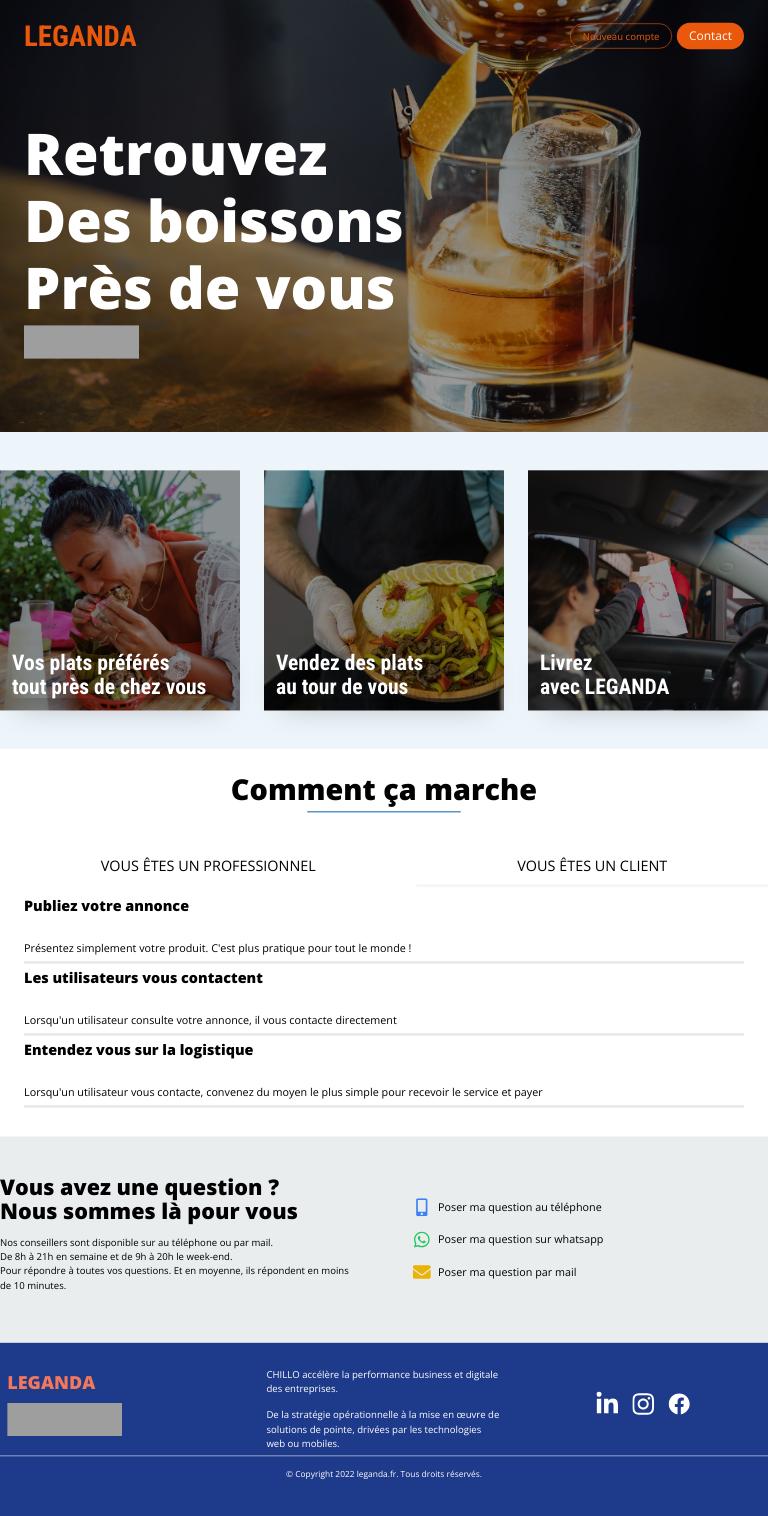
Repository: chillo-tech/website-leganda
Page: /
The author's editor kept a copy of each file at every save. The page is drawn from the files as they stood at one save, then again after the next save.
The browser window is 1280 px wide. The pictures show the whole page, at 60% of full size.
Pictures or frames that could not be fetched are drawn as grey boxes. The project was rebuilt for these pictures with package versions that can differ from the ones it lists, and the page was loaded fresh each time. Some packages were replaced by stand-ins written for this rebuild. The framework's server and built-in components were replaced by stand-ins that run in the browser. Also part of the build but not shown: next.config.js, components/header/items/SearchBar.tsx.

Above is the page before, as saved 2023-02-09 15:09:32.

### pages/_document.tsx
import { Html, Head, Main, NextScript } from 'next/document'
import Footer from '../components/footer/Footer';

export default function Document() {
	return (
		<Html className="scroll-smooth">
			<Head>
        <link rel="preconnect" href="https://fonts.googleapis.com"/>
        <link rel="preconnect" href="https://fonts.gstatic.com"/>
        <link href="https://fonts.googleapis.com/css2?family=Open+Sans:ital,wght@0,300;0,800;1,800&family=Roboto&family=Roboto+Condensed:wght@700&display=swap" rel="stylesheet"/>
        <link rel="icon" href="/favicon.ico" />
			</Head>
			<body className='flex flex-col h-screen justify-between'>
				<Main />
				<NextScript />
				<Footer />
        <script defer type="text/javascript" src="https://maps.googleapis.com/maps/api/js?key=AIzaSyBoBBvzxlRlkbfYzZcHp8ALOwBk3YjfB-I&libraries=places" />
			</body>
		</Html>
	)
}

### styles/globals.css
@tailwind base;
@tailwind components;
@tailwind utilities;
body {
  font-family: 'Open Sans', 'Roboto', sans-serif;
}
.title {
  font-family: 'Roboto Condensed', sans-serif;
}
@layer base {
  [type="text"],
  [type="email"],
  [type="url"],
  [type="password"],
  [type="number"],
  [type="date"],
  [type="datetime-local"],
  [type="month"],
  [type="search"],
  [type="tel"],
  [type="time"],
  [type="week"],
  [multiple],
  textarea,
  select {
    @apply w-full border-gray-300 rounded-lg shadow-sm focus:border-blue-500 focus:ring-blue-500;
  }
  [type="checkbox"],
  [type="radio"] {
    @apply border-gray-300 rounded text-blue-600 focus:ring-blue-500;
  }
}

.bg-site-blue {
    background-color: #86aec0;
    color: #000000;
}

.bg-site-orange {
    background-color: #f6ac9f;
}

.color-site-blue {
   color: #86aec0;
}

.color-site-orange {
    color: #f2785c;
}

.home-page-article {
  min-height: 400px;
}

### context/search-context-provider.tsx
import { SearchParams } from '../types';
import { Context,createContext, useMemo, useReducer, useCallback } from 'react'
import SearchReducer from './SearchReducer';
import { Param } from '../types/Param';
import { INITIAL_STATE, UPDATE_SEARCH_CRITERIA } from '../utils';
import { SearchContextData } from '../types/SerchContextData';
type Props = {
  children: JSX.Element,
};
export const SearchContext = createContext<SearchContextData>({state: INITIAL_STATE});
function SearchContextProvider({children}: Props) {
  const [state, dispatch] = useReducer(SearchReducer, INITIAL_STATE);

  const update = useCallback(
    (data: Param) =>
      dispatch({
        type: UPDATE_SEARCH_CRITERIA,
        data
      }),
    [],
  );
  const value = useMemo(
    () => ({state, update }),
    [state,update],
  );
  return (
    <SearchContext.Provider value={value}>
      {children}
    </SearchContext.Provider>
  )
}

export default SearchContextProvider;

### components/footer/Footer.tsx

import React from 'react';
import { FaFacebook, FaInstagram, FaLinkedinIn } from 'react-icons/fa';
import Link from 'next/link'
import { cn, STORES } from '../../utils';
import Image from 'next/image';
function Footer() {
	return (
			<footer className="bg bg-blue-900 text-white pb-10 pt-10 font-extralight flex flex-col" id="a-propos-de-nous">
				<div className="container mx-auto px-3">
					<div className="grid grid-cols-1 gap-10 md:grid-cols-3 md:p-0 items-center">
						<div className="presentation">
              <Link href='/' className='mb-5 color-site-orange uppercase font-extrabold text-3xl'>LEGANDA
              </Link>
              <p className="flex py-4 items-center justify-center md:justify-start">
                {STORES.filter((item: any) => item.active).map((item: any, index: number) => (
                    <Link
                        href="#"
                        target="_blank"
                        key={`liens-${index}`}
                        className="block items-center py-2 w-48 h-14 relative">
                      <Image
                          fill={true}
                          src={`/images/${item.image}`}
                          alt={item?.label}
                      />
                    </Link>
                ))}
              </p>
						</div>
						<div className="presentation">
							<p className='mb-5'>CHILLO accélère la performance business et digitale des entreprises. </p>
							<p>De la stratégie opérationnelle
								à la mise en œuvre de solutions de pointe, drivées par les technologies web ou mobiles.</p>
						</div>
						<div className="presentation flex flex-col items-center justify-center">
							<div className='px-10 flex items-center justify-between text-center'>
								<FaLinkedinIn color='text-slate-300' className='px-3 text-6xl'/>
								<FaInstagram className='px-3 text-6xl'/>
								<FaFacebook className='px-3 text-6xl'/>
							</div>
							<div className='py-2'>

							</div>
						</div>
					</div>
				</div>
				<div className="copyright border-top-1 mt-2 font-light">
					<div className="container py-5 text-sm mx-auto text-center border-solid border-t border-slate-200">
						&copy; Copyright {(new Date()).getFullYear()} leganda.fr. Tous droits réservés.
					</div>
				</div>
			</footer>

	);
}

export default Footer;

### components/questions/Questions.tsx
import Link from 'next/link'
import React from 'react'
import { FaEnvelope, FaMobileAlt, FaWhatsapp } from 'react-icons/fa'

function Questions() {
  return (
    <section className='py-16 bg-app-light-green'>
        <div className="container grid md:grid-cols-2 md:gap-24 items-center px-3 md:px-0">
          <article>
            <h2 className='md:text-4xl text-3xl font-semibold text-black'>
              <p className='p-0 m-0'>Vous avez une question ?</p>
              <p className='p-0 m-0'>Nous sommes là pour vous</p>
            </h2>
            <div className='py-5'>
              <p className='p-0 m-0'>Nos conseillers sont disponible sur au téléphone ou par mail.</p>
              <p className='p-0 m-0'>De 8h à 21h en semaine et de 9h à 20h le week-end.</p>
              <p className='p-0 m-0'>Pour répondre à toutes vos questions. Et en moyenne, ils répondent en moins de 10 minutes.</p>
            </div>
          </article>
          <article>
              <Link href="tel:0033761705745" className='py-3 text-lg flex'>
                  <FaMobileAlt className='text-3xl text-blue-500 mr-3' /> Poser ma question au téléphone
              </Link>
              <Link href="whatsapp:0033761705745" className='py-3 text-lg flex'>
                  <FaWhatsapp className='text-3xl text-green-500 mr-3' /> Poser ma question sur whatsapp
              </Link>
              <Link href="mailto:armelle.leganda@gmail.com" className='py-3 text-lg flex'>
                  <FaEnvelope className='text-3xl text-yellow-500 mr-3' /> Poser ma question par mail
              </Link>
          </article>
        </div>
    </section>
  )
}

export default Questions

### components/header/Header.tsx
import { faPhone, faUser } from '@fortawesome/free-solid-svg-icons'
import { FontAwesomeIcon } from '@fortawesome/react-fontawesome'
import Link from 'next/link'
import React from 'react'
import SearchBar from './items/SearchBar'

function Header({withSearchBar = true}: {withSearchBar?: boolean}) {
  return (
    <header className="container py-4">
       <nav className='flex justify-between items-center'>
        <Link href="/" className='text-orange-600 uppercase title text-5xl'>LEGANDA
        </Link>
        {withSearchBar ? <SearchBar /> : null }
        <ul className='md:flex justify-between items-center hidden'>
          <li>
            <Link href="/" className='border border-orange-600 rounded-3xl px-5 py-2 text-orange-600 flex justify-between items-center'>
                <FontAwesomeIcon icon={faUser} className="hidden border-none text-xs mr-2" size='xs' />
                Nouveau compte
            </Link>
          </li>
          <li  className='ml-2'>
          <Link href="/" className='bg-orange-600 rounded-3xl text-xl px-5 font-medium py-2 flex text-white'>
              <FontAwesomeIcon icon={faPhone} className="hidden border-none mr-2"/>
              Contact
          </Link>
          </li>
        </ul>
      </nav>
    </header>
  )
}

export default Header

### utils/index.ts
export * from './clear-string';
export * from './DateFormat';
export * from './isValidPhoneNumber';
export * from './isValidEmail';
export * from './Endpoints';
export * from './Data';
export * from './request-options';

### components/tabs/index.tsx
import classNames from 'classnames';
import React, { useState } from 'react'
import RenderHtmlContent from '../shared/RenderHtmlContent';
import SectionTitle from '../shared/SectionTitle';

function Tabs({items}: any) {
  const [activeTab, setActiveTab] = useState("tab-0");
  const handleClick = ({target: {id}}: any) => {
    setActiveTab(id);
  }
  return (
    <section className='container px-3 md:px-0 py-10'>
      <SectionTitle text='Comment ça marche' />
      <ul className='flex justtify-center items-center'>
        {items.map((item: any, index: number) => (
          <li key={`tab-${index}`} className={
              classNames(
                'grow border-b-4 py-2',
                { 'bg-white border-white': activeTab === `tab-${index}` },
                { 'bg-white border-gray-100 bg-gray-100': activeTab !== `tab-${index}` }
                )
              }>
            <button id={`tab-${index}`} type='button' className='uppercase w-full py-2 text-lg md:text-2xl' onClick={handleClick}>{item.label}</button>
          </li>
        ))}
      </ul>
      {items.map((item: any, index: number) => (
          <section key={`tab-${index}`} className={
              classNames(
                'py-2 px-10',
                { 'bg-white border-white block': activeTab === `tab-${index}` },
                { 'hidden': activeTab !== `tab-${index}` }
                )
              }>
             {item.infos.map((info: any, index: number) => (
              <article key={`info-${index}`} className={classNames('grow border-b-4 py-2')}>
                <h3 className='pb-10 font-bold text-2xl'>{info.title}</h3>
                <RenderHtmlContent content={info.description} classes="text-lg"/>
              </article>
            ))}
          </section>
        ))}
    </section>
  )
}

export default Tabs

### utils/how-it-works.ts
const HOW_IT_WORKS: any = [
  {
    "label": "Vous êtes un professionnel",
    "infos": [
      {
        "title": "Publiez votre annonce",
        "description": "Présentez simplement votre produit. C'est plus pratique pour tout le monde !"
      },
      {
        "title": "Les utilisateurs vous contactent",
        "description": "Lorsqu'un utilisateur consulte votre annonce, il vous contacte directement"
      },
      {
        "title": "Entendez vous sur la logistique",
        "description": "Lorsqu'un utilisateur vous contacte, convenez du moyen le plus simple pour recevoir le service et payer"
      }
    ]
  },
  {
    "label": "Vous êtes un client",
    "infos": [
      {
        "title": "Recherchez un produit",
        "description": "Pour trouver un produit, il vous suffit de le rechercher dans les annonces publiées!"
      },
      {
        "title": "Contactez directement le professionnel",
        "description": "Quand vous avez trouvé le produit qui vous convient, contactez directement le professionnel"
      },
      {
        "title": "Entendez vous sur la logistique",
        "description": "Lorsque vous contactez un professionnel, convenez du moyen le plus simple pour recevoir le service et payer"
      }
    ]
  }
]

export {HOW_IT_WORKS}

### context/SearchReducer.ts
import { UPDATE_SEARCH_CRITERIA } from './../utils/Data';
import { Action } from './../types/Action';
import { SearchParams } from "../types";

function SearchReducer (state: SearchParams, action: Action){
  switch(action.type){
    case UPDATE_SEARCH_CRITERIA: {
        return {
          ...state,
          [action.data.key]: action.data.value
        }
    }
  }
  return state;
}

export default SearchReducer;

### utils/clear-string.ts
export const cleanString = (entry: string) => {
	return entry ? entry.replace(/^[\s\uFEFF\xA0]+|[\s\uFEFF\xA0]+$/g, '') : '';
}

### utils/DateFormat.ts
export const getFormattedDate = (entry: Date) => {
	const year = entry.getFullYear();
	const month = `0${entry.getMonth() + 1}`.slice(-2);
	const day = `0${entry.getDate()}`.slice(-2);
	return `${day}/${month}/${year}`;
};

export const getFormattedTime = (entry: Date) => {
	const hours = `0${entry.getHours()}`.slice(-2);
	const minutes = `0${entry.getMinutes()}`.slice(-2);
	return `${hours}:${minutes}`;
};

const getWeekNumber = (entry: Date) => {
	// Copy date so don't modify original
	const date = new Date(Date.UTC(entry.getFullYear(), entry.getMonth(), entry.getDate()));
	// Set to nearest Thursday: current date + 4 - current day number
	// Make Sunday's day number 7
	date.setUTCDate(date.getUTCDate() + 4 - (date.getUTCDay() || 7));
	// Get first day of year
	const yearStart = new Date(Date.UTC(date.getUTCFullYear(), 0, 1));
	// Calculate full weeks to nearest Thursday
	return Math.ceil((((Number(date) - Number(yearStart)) / 86400000) + 1) / 7);
	// Return array of year and week number

}

export const getDayAndMonthLabel = (entry: Date) => {
	const days = ['Dimanche', 'Lundi', 'Mardi', 'Mercredi', 'Jeudi', 'Vendredi', 'Samedi'];
	const months = ["Jan.", "Fev.", "Mars", "Avr.", "MaI", "Juin",
		"Jul.", "Août", "Sep.", "Oct.", "Nov.", "Dec."
	];
	return [days[entry.getDay()], months[entry.getMonth()]];
}

export const getDisplayedDate = (entry: string = "") => {
	if (!entry.trim().length) {
		return entry;
	}
	const adWeekNo = getWeekNumber(new Date(entry));
	const todayWeekNo = getWeekNumber(new Date());
	if ((adWeekNo - todayWeekNo) > 1) {
		const [dayOfDate, month, year] = getFormattedDate(new Date(entry)).split('/');
		const [dayOfWeekLabel, monthLabel] = getDayAndMonthLabel(new Date(entry));
		return `${dayOfWeekLabel}, ${dayOfDate} ${monthLabel}`;
	} else {
		const [dayOfWeekLabel] = getDayAndMonthLabel(new Date(entry));
		return dayOfWeekLabel;
	}
};

### utils/isValidPhoneNumber.ts
export const isValidPhoneNumber = (value: string) => {
	const PHONE_REGEXP = /^0[6|7]\d{8}$/
	return PHONE_REGEXP.test(value);
}

### utils/isValidEmail.ts
export const isValidEmail = (value: string) => {
	const EMAIL_REGEXP = /^\S+@\S+\.\S+$/;
	return value.trim().length ? EMAIL_REGEXP.test(value) : true;
}

### utils/Endpoints.ts
export const LOCAL_DNS = 'http://192.168.111.244:9090';//verifier ipconfig avant d'exécuter
export const PROD_DNS = "https://api.leganda.chillo.fr";
export const IMAGES_URL = `${PROD_DNS}/assets`;
export const BACKOFFICE_URL = `${PROD_DNS}/api/v1`;
export const ADS_ENDPOINT = "ad";
export const FAVORITE_ENDPOINT = "favorite";
export const ACCOUNT_ENDPOINT = "account";
export const ADDRESS_ENDPOINT = "address";
export const CATEGORY_ENDPOINT = "category";
export const GOOGLE_PACES_API_BASE_URL = 'https://maps.googleapis.com/maps/api/place';
export const GOOGLE_PACES_API_KEY = 'AIzaSyBoBBvzxlRlkbfYzZcHp8ALOwBk3YjfB-I';
export const MAP_ZOOM = 10;
export const GOOGLE_PACES_CENTER_COORDINATES = {lat: 48.117266,lng: -1.677793};

### utils/Data.ts
import {EMAIL, PHONE} from "./providers";
export const CATEGORY_BGCOLORS = [ "#BCA1F2", "#BCDDE4", "#CFEACB", "#F4E169"];
export const PLUS_FAVORITES_UPDATED = "Super cette annonce a été ajoutée à vos favoris";
export const REMOVE_FAVORITES_UPDATED = "Cette annonce a été retirée de vos favoris";
export const AUTHENTICATED_USER = "authenticatedUser";
export const MAPBOX_ACCESSTOKEN = "pk.eyJ1IjoiYWNoaWxsZW1ib3VndWVuZyIsImEiOiJja3Zvd3EzcmswaThkMnZrZ25iYmtveDBhIn0.pDR7pKL18d3iz5NoaRmWYg";
export const RESET_AD = "RESET_AD";
export const DELETE_KEY = "DELETE_KEY";
export const SET_NUMBER_OF_CHILDREN = "SET_NUMBER_OF_CHILDREN";
export const SET_ADS = "SET_ADS";
export const SET_CATS = "SET_CATS";
export const SET_CAT = "SET_CAT";
export const SET_AD = "SET_AD";
export const SET_SELECTED_ITEM_ID = "SET_SELECTED_ITEM_ID";
export const SET_STEP_INDEX = "SET_STEP_INDEX";
export const UPDATE_AD = "UPDATE_AD";
export const UPDATE_SEARCH_CRITERIA = "UPDATE_SEARCH_CRITERIA";
export const UPDATE_USER_INFOS = "UPDATE_USER_INFOS";
export const USER_TOKEN = "USER_TOKEN";
export const SIGN_IN = 'SIGN_IN';
export const SIGN_OUT = 'SIGN_OUT';
export const SIGN_UP = 'SIGN_UP';
export const RECOMMEND_TEXT = "Bonjour, j'ai découvert cette application qui a de belles annonces. Je te la recommande";
export const RESTORE_TOKEN = "RESTORE_TOKEN";
export const AD_PLACEHOLDER = ["Taro du dimanche", "20kg à destination de Yaoundé", "Carton de Guinness", "Stage de developpeur"];
export const STORES = [
	{
		image: 'google-app-store-badge.svg',
		active: true,
		path: '#',
		label: 'LEGANDA sur PLAY STORE'
	},
	{
		image: 'apple-app-store-badge.svg',
		active: false,
		path: '#',
		label: 'LEGANDA sur APPLE STORE'
	}
]
export const HEADERS_ITEMS = [
	{
		image: '/images/food.jpeg',
		active: true,
		label: 'Des mets'
	},
	{
		image: '/images/drinks.jpeg',
		active: false,
		label: 'Des boissons'
	},
	{
		image: '/images/spices.jpeg',
		active: false,
		label: 'Des épices'
	},
	{
		image: '/images/service.jpeg',
		active: false,
		label: 'Des services'
	}
]
export const INITIAL_STATE = {
		address: {city: ''}
}

export const HELP_LINK = {
	whatsapp: `whatsapp://send?text=&phone=${PHONE}`,
	sms: `sms:${PHONE}`,
	mail: `mailto:${EMAIL}`,
	phone: `tel:${PHONE}`
}

export const SHARE_LINK = {
	whatsapp: `whatsapp://send?text=`,
	sms: `sms:body=`,
	mail: `mailto:${EMAIL}`,
	phone: `tel:${PHONE}`
}

export const MORESCREEN_DATA = [
	{
		id: 'recommendations',
		title: "Recommandations",
		items: [
			{
				id: '587',
				icon: 'thumbs-up',
				name: 'sms',
				action: 'recommend',
				title: 'Recommandez notre application',
			},
			{
				id: '588',
				icon: 'facebook',
				name: 'facebook',
				action: 'recommend',
				title: 'Aimez notre page facebook',
			},
			{
				id: '589',
				icon: 'thumbs-up',
				name: 'like',
				action: 'recommend',
				title: 'Notez nous sur le store',
			}
		]
	},
	{
		id: 'assistance',
		title: "assistance",
		items: [
			{
				id: '386',
				icon: 'whatsapp',
				name: 'whatsapp',
				action: 'help',
				title: 'Posez votre question via whatsapp',
			},
			{
				id: '387',
				icon: 'sms',
				name: 'sms',
				action: 'help',
				title: 'Posez votre question  par sms',
			},
			{
				id: '389',
				name: 'mail',
				action: 'help',
				icon: 'envelope',
				title: 'Envoyez nous un mail',
			},
			{
				id: '388',
				icon: 'phone-alt',
				name: 'phone',
				action: 'help',
				title: 'Appelez nous',
			}
		]
	}
]

export const loaderProp =({ src }: {src: string}) => {
  console.log('====================================');
  console.log(src);
  console.log('====================================');
  return src;
}
export const cn = (...classes: string[]) =>{
  return classes.filter(Boolean).join(' ')
}

### utils/request-options.ts
export const getHeaders = () => ({
	'X-Requested-With': 'XMLHttpRequest',
	'Content-Type': 'application/x-www-form-urlencode',
	Accept: "application/json"
});

### components/shared/RenderHtmlContent.tsx
import classNames from 'classnames'
import React from 'react'

function RenderHtmlContent({content, classes}:any) {
  return (
    <div
     className={classNames('html-text [&>p]:whitespace-normal">', classes)}
      dangerouslySetInnerHTML={{
        __html: content,
      }}/>
  )
}

export default RenderHtmlContent

### components/shared/SectionTitle.tsx
import React from 'react'

function SectionTitle( {text, underline = true}: {underline?: boolean, text: string}) {
  return (
    <h2 className="flex flex-col items-center justify-center md:mb-14 mb-4">
      <span className='px-10 py-1 text-center font-bold text-2xl md:text-5xl'>
        {text}
      </span>
      { underline ? (<span className='border-b-2 border-app-blue px-10 w-64 mt-2'/>) : null }
    </h2>
  )
}

export default SectionTitle

### utils/providers.ts


export const PHONE = "+33761705745";
export const EMAIL = "achille.mbougueng@yahoo.fr";

export const OPENCAGE_GEOCODE_API = "https://api.opencagedata.com/geocode/v1/json";
export const OPENCAGE_API_KEY = "2dd86530d37b4cf3a321d24e6c624a40";

export const MAPBOX_API_KEY = "pk.eyJ1IjoiYWNoaWxsZW1ib3VndWVuZyIsImEiOiJja3Zvd3EzcmswaThkMnZrZ25iYmtveDBhIn0.pDR7pKL18d3iz5NoaRmWYg";
export const MAPBOX_PLACES = "https://api.mapbox.com/geocoding/v5/mapbox.places";

Loaded but not shown: pages/_app.tsx (common file); tailwind.config.js (38 lines, source omitted); pages/index.tsx (146 lines, source omitted)

After the next save:
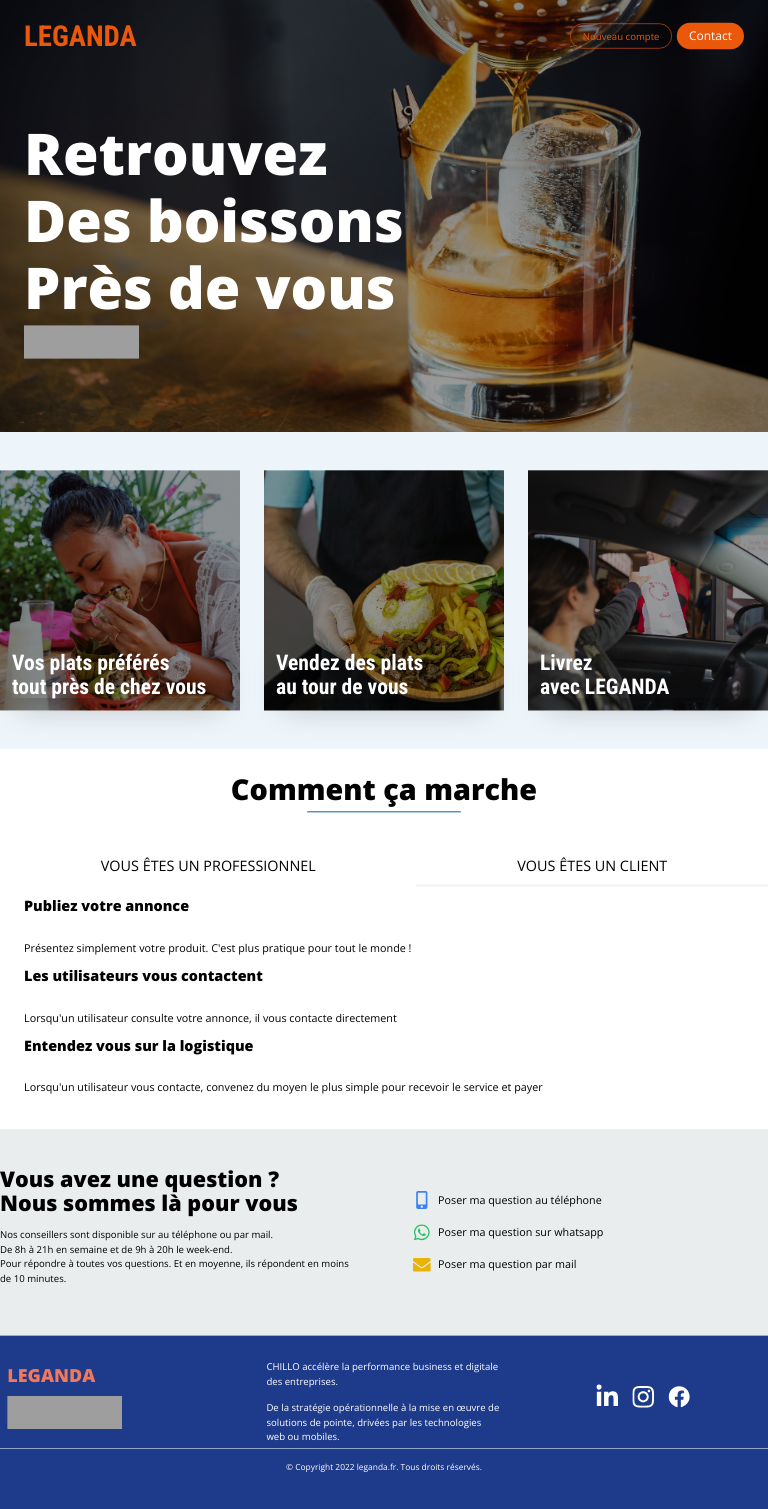
Saved 9 s later.
--- a/components/tabs/index.tsx
+++ b/components/tabs/index.tsx
@@ -33,7 +33,7 @@
                 )
               }>
              {item.infos.map((info: any, index: number) => (
-              <article key={`info-${index}`} className={classNames('grow border-b-4 py-2')}>
+              <article key={`info-${index}`} className={classNames('grow py-2')}>
                 <h3 className='pb-10 font-bold text-2xl'>{info.title}</h3>
                 <RenderHtmlContent content={info.description} classes="text-lg"/>
               </article>
